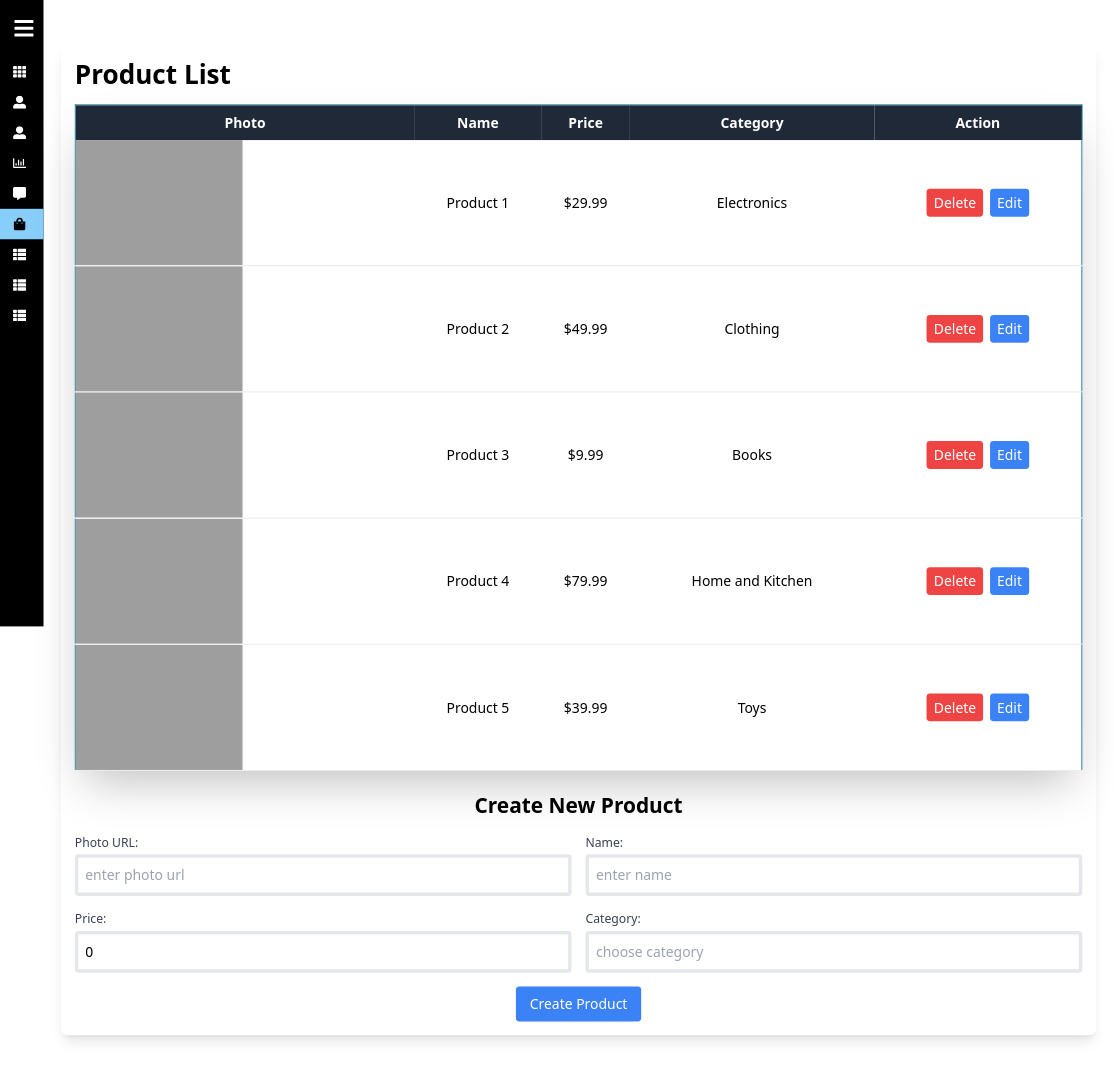
Repository: AndargWorku12/admin-dashboard
Page: /product
An editor plug-in stored every save of this project. The page is shown before and after the next save, followed by the edit.
The browser window is 1280 px wide. The pictures show the whole page, at 87% of full size.
Pictures or frames that could not be fetched are drawn as grey boxes. The project was rebuilt for these pictures with package versions that can differ from the ones it lists, and the page was loaded fresh each time. Also part of the build but not shown: src/pages/Dashboard.tsx, src/pages/Orders.tsx, src/pages/Category.tsx, src/pages/Login.tsx, src/pages/Analytics.tsx, src/pages/CustemerReview.tsx, src/pages/ShopCard.tsx, src/pages/SignUpForm.tsx.

Above is the page before, as saved 2024-01-25 23:55:03.

### src/index.tsx
import { ColorModeScript } from "@chakra-ui/react"
import * as React from "react"
import * as ReactDOM from "react-dom/client"
import App from "./App"
import './index.css'

const container = document.getElementById("root")
if (!container) throw new Error('Failed to find the root element');
const root = ReactDOM.createRoot(container)

root.render(

  <React.StrictMode>
    <ColorModeScript />
    <App />
  </React.StrictMode>,

)

### src/App.tsx

import React, {useState} from 'react';
import { BrowserRouter, Route, Routes } from 'react-router-dom';
import Sidebar from './components/Sidebar';
import Dashboard from './pages/Dashboard';
// import SignUpForm from './pages/LoginPopup'
import Orders from './pages/Orders';
import Category from './pages/Category';
import Login from './pages/Login'
import Analytics from './pages/Analytics';
import CustemerReview from './pages/CustemerReview';
import ProductList from './pages/ProductList';
import ShopCard from './pages/ShopCard';
import './App.css'
import SignUpForm from './pages/SignUpForm';




type SaleData = {
  date: string;
  amount: number;
};

type RevenueData = {
  month: string;
  revenue: number;
};

type Product = {
    id: string;
    photo: string;
    name: string;
    price: number;
    category: string;
};

type Order = {
    id: string;
    productName: string;
    quantity: number;
    totalPrice: number;

};

type CategoryType = {
  id: string;
  photo:string;
  name: string;
};



// Sample props for components
type DashboardProps = {
  saleData: SaleData[];
  revenueData: RevenueData[];
  // ... other props
};

type AnalyticsProps = {
  salesData: SaleData[];
  // ... other props
};

type ProductProps = {
  products: Product[];
  onUpdate: (productId: string, updatedProduct: Product) => void;

};




type OrderProps = {
  orders: Order[];
  // ... other props
};

type CategoryProps = {
  categories: CategoryType[];
  // ... other props
};







const App: React.FC = () => {


// for the product page to handle
  const [products, setProducts] = useState<Product[]>([


    {
      id: '1',
      photo: 'https://img.ltwebstatic.com/images3_pi/2022/01/10/16417919016a32607182dd11dedeb77e8324b683e8_thumbnail_900x.webp',
      name: 'Product 1',
      price: 29.99,
      category: 'Electronics',
    },
    {
      id: '2',
      photo: 'https://img.ltwebstatic.com/images3_pi/2022/01/10/16417919016a32607182dd11dedeb77e8324b683e8_thumbnail_900x.webp',
      name: 'Product 2',
      price: 49.99,
      category: 'Clothing',
    },
    {
      id: '3',
      photo: 'https://img.ltwebstatic.com/images3_pi/2022/01/10/16417919016a32607182dd11dedeb77e8324b683e8_thumbnail_900x.webp',
      name: 'Product 3',
      price: 9.99,
      category: 'Books',
    },
    {
      id: '4',
      photo: 'https://img.ltwebstatic.com/images3_pi/2022/01/10/16417919016a32607182dd11dedeb77e8324b683e8_thumbnail_900x.webp',
      name: 'Product 4',
      price: 79.99,
      category: 'Home and Kitchen',
    },
    {
      id: '5',
      photo: 'https://img.ltwebstatic.com/images3_pi/2022/01/10/16417919016a32607182dd11dedeb77e8324b683e8_thumbnail_900x.webp',
      name: 'Product 5',
      price: 39.99,
      category: 'Toys',
    },



  ]);

  // Function to handle creating a new product
  const handleCreate = (newProduct: Product) => {
    setProducts((prevProducts) => [...prevProducts, newProduct]);
  };

  // Function to handle updating a product

  const handleUpdate = (productId: string, newName: string, newPrice: number) => {
    setProducts((prevProducts) =>
      prevProducts.map((product) =>
        product.id === productId
          ? { ...product, name: newName, price: newPrice }
          : product
      )
    );
  };



  // Function to handle deleting a product
  const handleDelete = (productId: string) => {
    setProducts((prevProducts) => prevProducts.filter((product) => product.id !== productId));
  };

//  for AnalyticsPage
// for category page


const [categories, setCategories] = useState<CategoryType[]>([
  {
    id: '1',
    photo: 'https://plus.unsplash.com/premium_photo-1661662850226-83c981ed4eba?w=500&auto=format&fit=crop&q=60&ixlib=rb-4.0.3&ixid=M3wxMjA3fDB8MHxzZWFyY2h8MXx8bGFwdG9wJTIwY29tcHV0ZXJ8ZW58MHx8MHx8fDA%3D',
    name: 'Category 1',
  },
  {
    id: '2',
    photo: 'https://plus.unsplash.com/premium_photo-1661662850226-83c981ed4eba?w=500&auto=format&fit=crop&q=60&ixlib=rb-4.0.3&ixid=M3wxMjA3fDB8MHxzZWFyY2h8MXx8bGFwdG9wJTIwY29tcHV0ZXJ8ZW58MHx8MHx8fDA%3D',
    name: 'Category 2',
  },
  {
    id: '3',
    photo: 'https://plus.unsplash.com/premium_photo-1661662850226-83c981ed4eba?w=500&auto=format&fit=crop&q=60&ixlib=rb-4.0.3&ixid=M3wxMjA3fDB8MHxzZWFyY2h8MXx8bGFwdG9wJTIwY29tcHV0ZXJ8ZW58MHx8MHx8fDA%3D',
    name: 'Category 3',
  },
  {
    id: '4',
    photo: 'https://plus.unsplash.com/premium_photo-1661662850226-83c981ed4eba?w=500&auto=format&fit=crop&q=60&ixlib=rb-4.0.3&ixid=M3wxMjA3fDB8MHxzZWFyY2h8MXx8bGFwdG9wJTIwY29tcHV0ZXJ8ZW58MHx8MHx8fDA%3D',
    name: 'Category 4',
  },

]);

// Function to handle creating a new category
// const handleCreateCategory = (newCategory: CategoryType) => {
//   setCategories((prevCategories) => [...prevCategories, newCategory]);
// };
const handleCreateCategory = (newCategory: CategoryType) => {
  // Add the new category to the list of categories
  setCategories((prevCategories) => [...prevCategories, newCategory]);
};

const handleUpdateCategory = (categoryId: string, newName: string) => {
  setCategories((prevCategories) =>
    prevCategories.map((category) =>
      category.id === categoryId ? { ...category, name: newName } : category
    )
  );
};

// Function to handle deleting a category
const handleDeleteCategory = (categoryId: string) => {
  setCategories((prevCategories) => prevCategories.filter((category) => category.id !== categoryId));
};

  const saleData: SaleData[] = [
    { date: '2022-01-01', amount: 100 },
    { date: '2022-01-02', amount: 150 },
    { date: '2022-01-03', amount: 200 },
    { date: '2022-01-04', amount: 120 },
    { date: '2022-01-05', amount: 180 },
    { date: '2022-01-06', amount: 90 },
    { date: '2022-01-07', amount: 110 },
    { date: '2022-01-08', amount: 130 },
    { date: '2022-01-09', amount: 170 },
    { date: '2022-01-10', amount: 160 },
  ];

  const revenueData: RevenueData[] = [
    { month: 'January', revenue: 500 },
    { month: 'February', revenue: 700 },
    { month: 'March', revenue: 600 },
    { month: 'April', revenue: 800 },
    { month: 'May', revenue: 900 },
    { month: 'June', revenue: 750 },
    { month: 'July', revenue: 850 },
    { month: 'August', revenue: 950 },
    { month: 'September', revenue: 700 },
    { month: 'October', revenue: 850 },
  ];


   const [orders, setOrders] = useState<Order[]>([
    {
      id: '1',
      productName: 'Laptop',
      quantity: 2,
      totalPrice: 2000,
    },
    {
      id: '2',
      productName: 'Smartphone',
      quantity: 3,
      totalPrice: 1200,
    },
    {
      id: '3',
      productName: 'Headphones',
      quantity: 1,
      totalPrice: 100,
    },
    {
      id: '4',
      productName: 'Camera',
      quantity: 1,
      totalPrice: 800,
    },

   ]);

  // Function to create a new order
  const handleCreateOrder = (newOrder: Order) => {
    setOrders((prevOrders) => [...prevOrders, newOrder]);
  };

  // Function to delete an order
  const handleDeleteOrder = (orderId: string) => {
    const updatedOrders = orders.filter(order => order.id !== orderId);
    setOrders(updatedOrders);
  };

  // Function to update an order
  const handleUpdateOrder = (orderId: string, updatedOrder: Order) => {
    // Placeholder implementation: Updating the order in the list
    setOrders((prevOrders) =>
      prevOrders.map((order) =>
        order.id === orderId ? { ...order, ...updatedOrder } : order
      )
    );
  };

  return (
    <BrowserRouter>
    <Sidebar>
      <Routes>
        <Route path="/" element={<Dashboard saleData={saleData} revenueData={revenueData} />} />
        <Route path="/dashboard" element={<Dashboard saleData={saleData} revenueData={revenueData} />} />
       <Route path="/login" element={<Login/>}/>
        <Route path="/signup" element={<SignUpForm />} />
        <Route path="/review"element={<CustemerReview username="John" joinedDate="2022-01-01" reviewDate="2022-01-15" reviewText="Lorem ipsum" />}
/>

        <Route path="/analytics" element={<Analytics saleData={saleData} />} />
        <Route
  path="/product"
  element={<ProductList products={products} onCreate={handleCreate} onDelete={handleDelete} onUpdate={handleUpdate} />}
/>
        <Route path="/shop" element={<ShopCard />} />
        <Route
        path="/orders"
        element={
          <Orders
  orders={orders}
  onCreateOrder={handleCreateOrder}
  onDeleteOrder={handleDeleteOrder}
  onUpdateOrder={handleUpdateOrder}
/>
        }
      />

        <Route
            path="/category"
            element={<Category
              categories={categories}
              onCreate={handleCreateCategory}
              onDelete={handleDeleteCategory}
              onUpdate={handleUpdateCategory}
            />}
          />

      </Routes>
    </Sidebar>
  </BrowserRouter>
  );
};

export default App;

### src/components/Sidebar.tsx
import React, { useState } from 'react';
import ReactNode from "react";
import {
    FaTh,
    FaBars,
    FaUserAlt,
    FaRegChartBar,
    FaCommentAlt,
    FaShoppingBag,
    FaThList
} from 'react-icons/fa';
import { NavLink, NavLinkProps } from 'react-router-dom';



interface MenuItem {
    path: string;
    name: string;
    icon: JSX.Element;
}

interface SidebarProps {
  children: React.ReactNode;
}
    const Sidebar: React.FC<React.PropsWithChildren<{}>> = ({ children }) => {
    const [isOpen, setIsOpen] = useState(false);

    const toggle = () => setIsOpen(!isOpen);

    const menuItems: MenuItem[] = [
        {
            path: '/',
            name: 'Dashboard',
            icon: <FaTh />,
        },
        {
            path: '/login',
            name: 'Login',
            icon: <FaUserAlt />,
        },
        {
          path: '/signup',
          name: 'Register form',
          icon: <FaUserAlt />,
      },
        {
            path: '/analytics',
            name: 'Analytics',
            icon: <FaRegChartBar />,
        },
        {
            path: '/review',
            name: 'CustemerReview',
            icon: <FaCommentAlt />,
        },
        {
            path: '/product',
            name: 'Product',
            icon: <FaShoppingBag />,
        },
        {
            path: '/category',
            name: 'Category List',
            icon: <FaThList />,
        },
        {
          path: '/orders',
          name: 'Orders',
          icon: <FaThList />,
      },
      {
        path: '/shop',
        name: 'Sample product',
        icon: <FaThList />,
    },
    ];

    return (
        <div className="container">
            <div style={{ width: isOpen ? '200px' : '50px' }} className="sidebar">
                <div className="top_section">
                    <h1 style={{ display: isOpen ? 'block' : 'none' }} className="logo">
                        Logo
                    </h1>
                    <div style={{ marginLeft: isOpen ? '50px' : '0px' }} className="bars">
                        <FaBars onClick={toggle} />
                    </div>
                </div>
                {menuItems.map((item, index) => (
                    <NavLink to={item.path} key={index} className="link"
                    //  activeClassName="active"
                     >
                        <div className="icon">{item.icon}</div>
                        <div style={{ display: isOpen ? 'block' : 'none' }} className="link_text text-sm">
                            {item.name}
                        </div>
                    </NavLink>
                ))}
            </div>
            <main>{children}</main>
        </div>
    );
};

export default Sidebar;

### src/pages/ProductList.tsx
import React, { useState } from 'react';

interface Product {
  id: string;
  photo: string;
  name: string;
  price: number;
  category: string;
}

interface ProductListProps {
  products: Product[];
  onCreate: (newProduct: Omit<Product, 'id'> & { id?: string }) => void;
  onDelete: (productId: string) => void;
  onUpdate: (productId: string, newName: string, newPrice: number) => void;
}

const ProductList: React.FC<ProductListProps> = ({ products, onCreate, onDelete, onUpdate }) => {
  const [newProduct, setNewProduct] = useState<Omit<Product, 'id'> & { id?: string }>({
    photo: '',
    name: '',
    price: 0,
    category: '',
  });
  const [editingProduct, setEditingProduct] = useState<Product | null>(null);

  const handleCreateProduct = () => {
    onCreate({ ...newProduct, id: Date.now().toString() });
    setNewProduct({
      photo: '',
      name: '',
      price: 0,
      category: '',
    });
  };

  const handleUpdateProduct = () => {
    if (editingProduct) {
      onUpdate(editingProduct.id, editingProduct.name, editingProduct.price);
      setEditingProduct(null);
    }
  };

  const handleDeleteProduct = (id: string) => {
    onDelete(id);
  };

  const handleEditProduct = (product: Product) => {
    setEditingProduct(product);
  };

  return (
    <div className="container mx-auto my-8 p-4 bg-white shadow-lg rounded-lg block gap-64 text-center">
      <h2 className="text-3xl font-bold mb-4 text-left">Product List</h2>
      <table className="w-full border border-cyan-700 w-max-80 shadow-2xl">
        <thead>
          <tr className=' bg-gray-800 text-white'>
            <th className="py-2">Photo</th>
            <th className="py-2">Name</th>
            <th className="py-2">Price</th>
            <th className="py-2">Category</th>
            <th className="py-2">Action</th>
          </tr>
        </thead>
        <tbody>
          {products.map((product) => (
            <tr key={product.id} className="border-b">
              <td>
                <img src={product.photo} alt={product.name} className="w-48 h-36 object-cover" />
              </td>
              <td className="py-2">{product.name}</td>
              <td className="py-2">${product.price.toFixed(2)}</td>
              <td className="py-2">{product.category}</td>
              <td className="py-2">
                <button
                  onClick={() => handleDeleteProduct(product.id)}
                  className="bg-red-500 text-white px-2 py-1 rounded mr-2"
                >
                  Delete
                </button>
                <button
                  onClick={() => handleEditProduct(product)}
                  className="bg-blue-500 text-white px-2 py-1 rounded"
                >
                  Edit
                </button>
              </td>
            </tr>
          ))}
        </tbody>
      </table>

      <h2 className="text-2xl font-bold mt-6 mb-4">
        {editingProduct ? 'Edit Product' : 'Create New Product'}
      </h2>
      <div className="grid grid-cols-2 gap-4 text-start">
        <div>
          <label htmlFor="productPhoto" className="block text-sm font-medium text-gray-700">
            Photo URL:
          </label>
          <input
            type="text"
            id="productPhoto"
            placeholder='enter photo url'
            value={editingProduct ? editingProduct.photo : newProduct.photo}
            onChange={(e) =>
              editingProduct
                ? setEditingProduct({ ...editingProduct, photo: e.target.value })
                : setNewProduct({ ...newProduct, photo: e.target.value })
            }
            className="mt-1 p-2 border-4 rounded w-full"
          />
        </div>
        <div>
          <label htmlFor="productName" className="block text-sm font-medium text-gray-700">
            Name:
          </label>
          <input
            type="text"
            id="productName"
            placeholder='enter name'
            value={editingProduct ? editingProduct.name : newProduct.name}
            onChange={(e) =>
              editingProduct
                ? setEditingProduct({ ...editingProduct, name: e.target.value })
                : setNewProduct({ ...newProduct, name: e.target.value })
            }
            className="mt-1 p-2 border-4 rounded w-full"
          />
        </div>
        <div>
          <label htmlFor="productPrice" className="block text-sm font-medium text-gray-700">
            Price:
          </label>
          <input
            type="number"
            id="productPrice"
            placeholder='enter price'
            value={editingProduct ? editingProduct.price : newProduct.price}
            onChange={(e) =>
              editingProduct
                ? setEditingProduct({ ...editingProduct, price: +e.target.value })
                : setNewProduct({ ...newProduct, price: +e.target.value })
            }
            className="mt-1 p-2 border-4 rounded w-full"
          />
        </div>
        <div>
          <label htmlFor="productCategory" className="block text-sm font-medium text-gray-700">
            Category:
          </label>
          <input
            type="text"
            id="productCategory"
            placeholder='choose category'
            value={editingProduct ? editingProduct.category : newProduct.category}
            onChange={(e) =>
              editingProduct
                ? setEditingProduct({ ...editingProduct, category: e.target.value })
                : setNewProduct({ ...newProduct, category: e.target.value })
            }
            className="mt-1 p-2 border-4  rounded w-full"
          />
        </div>
      </div>
      <button
        onClick={editingProduct ? handleUpdateProduct : handleCreateProduct}
        className="mt-4 bg-blue-500 text-white px-4 py-2 rounded"
      >
        {editingProduct ? 'Update Product' : 'Create Product'}
      </button>
    </div>
  );
};

export default ProductList;

### src/App.css
* {
    margin: 0;
    padding: 0;
    text-decoration: none;
}

.container {
    display: flex;
}

main {
    width: 100%;
    padding: 20px;
}

.sidebar {
    background: #000;
    color: #fff;
    height: 100vh;
    width: 200px;
    transition: all 0.5s;
}

.top_section {
    display: flex;
    align-items: center;
    padding: 20px 15px;
}

.logo {
    font-size: 30px;
}

.bars {
    display: flex;
    font-size: 25px;
    margin-left: 50px;
}

.link {
    display: flex;
    color: #fff;
    padding: 10px 15px;
    gap: 15px;
    transition: all 0.5s;
}

.link:hover {
    background: lightskyblue;
    color: #000;
    transition: all 0.5s;
}

.active {
    background: lightskyblue;
    color: #000;
}

.icon,
.link_text {
    font-size: 15px;
}

Loaded but not shown: public/index.html (common file); src/index.css (common file); tailwind.config.js (common file)

After the next save:
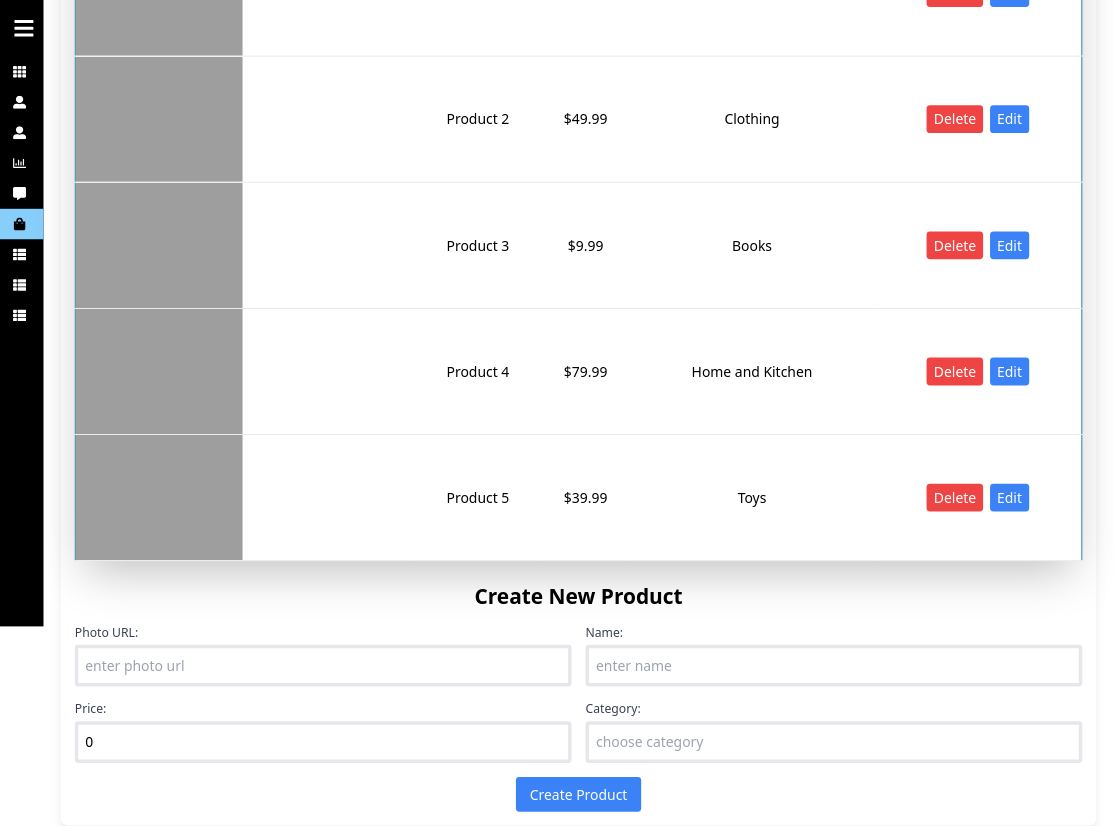
Saved 2 min 52 s later.
--- a/src/pages/ProductList.tsx
+++ b/src/pages/ProductList.tsx
@@ -50,6 +50,7 @@ const ProductList: React.FC<ProductListProps> = ({ products, onCreate, onDelete,
   };
 
   return (
+    <div className='flex items-center h-screen'>
     <div className="container mx-auto my-8 p-4 bg-white shadow-lg rounded-lg block gap-64 text-center">
       <h2 className="text-3xl font-bold mb-4 text-left">Product List</h2>
       <table className="w-full border border-cyan-700 w-max-80 shadow-2xl">
@@ -170,6 +171,7 @@ const ProductList: React.FC<ProductListProps> = ({ products, onCreate, onDelete,
         {editingProduct ? 'Update Product' : 'Create Product'}
       </button>
     </div>
+    </div>
   );
 };
 
